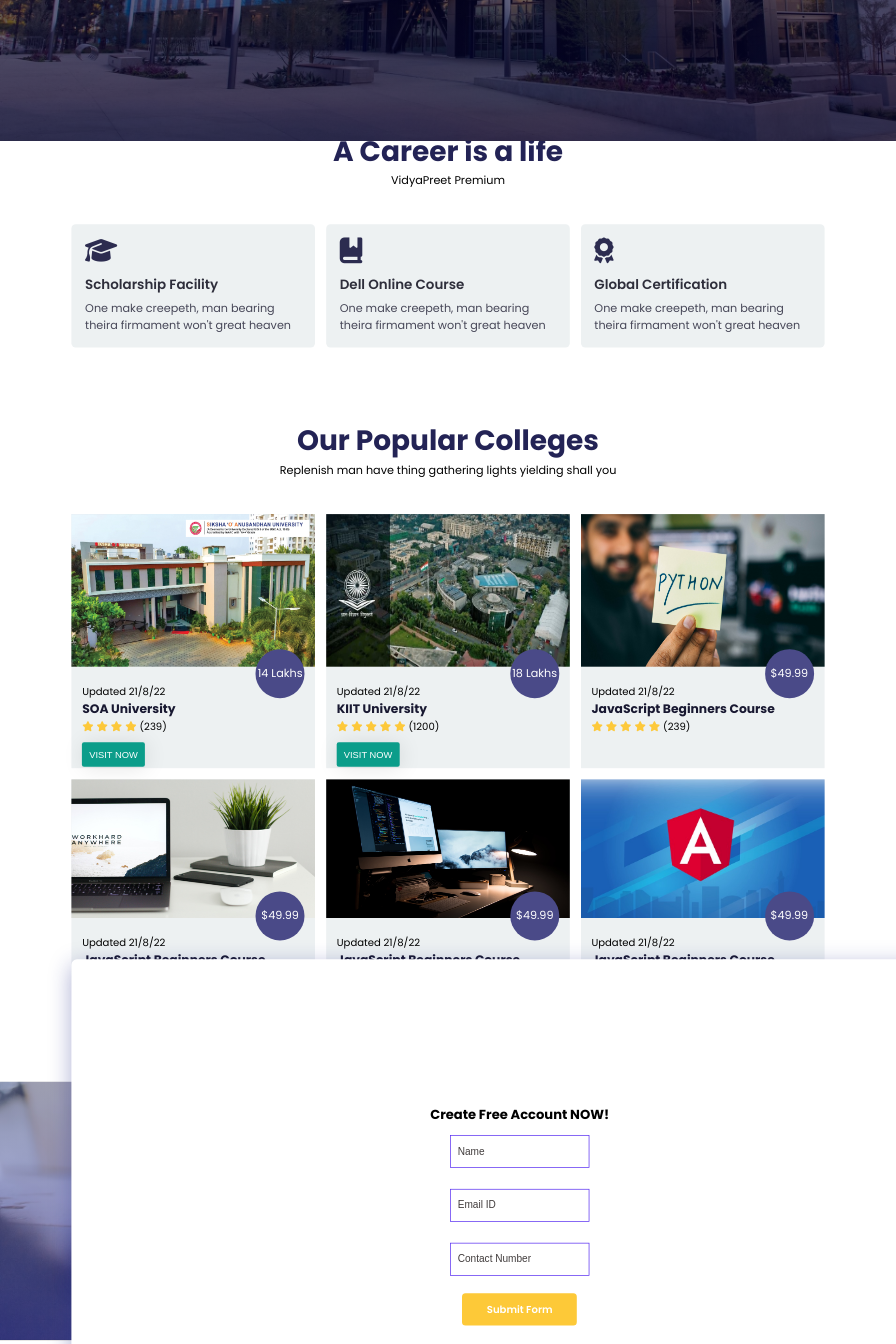
Repository: NamanSahu09/VidyaPreet-Ed-Tech-Website
Page: index.html
An editor plug-in stored every save of this project. The page is shown before and after the next save, followed by the edit.
The browser window is 1280 px wide. The pictures show the part of the page from y = 519 to 2439 px (the page is 3656 px tall before and 3631 px after), at 70% of full size.
Some web libraries are served in a nearby version.

Above is the page before, as saved 2024-04-11 15:45:30.

After the next save:
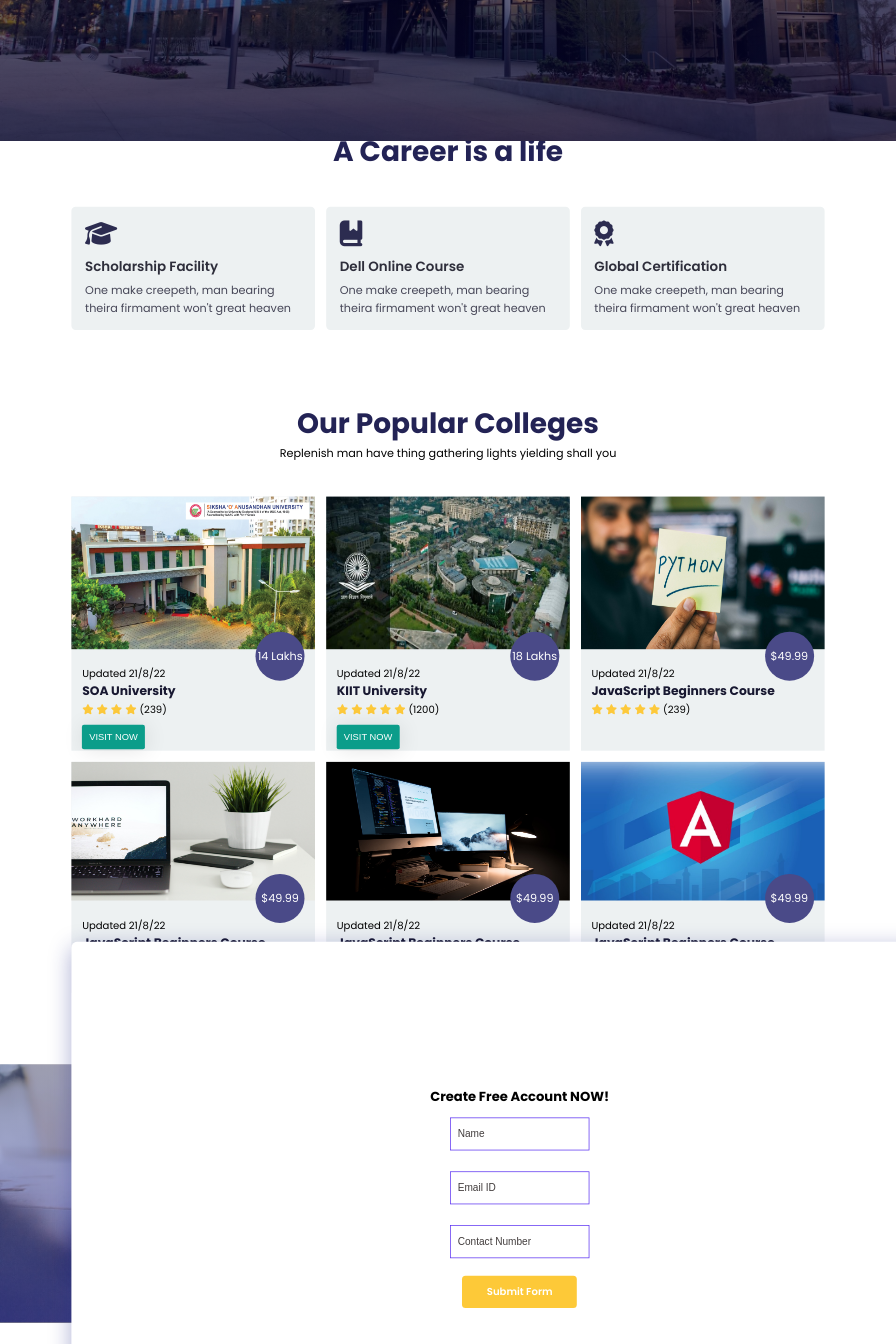
Saved 12 s later.
--- a/index.html
+++ b/index.html
@@ -163,7 +163,7 @@
 	<!-- Features section starts from here -->
 	<section id="features">
 		<h1>A Career is a life</h1>
-		<p> <p align="center">VidyaPreet Premium</p>
+		<p>
 
 		</p>
 
